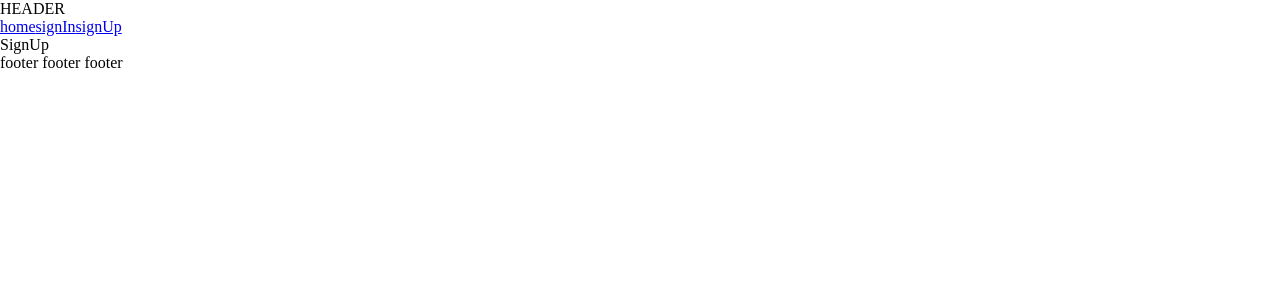
Repository: YuraKrvz/aurora-react-redux-toolkit-firebase
Page: /signUp
These files come from the project's save history. The page is drawn as it stood at one moment and after the next save; the edit follows.
The browser window is 1280 px wide. The pictures show the whole page.
The project was rebuilt for these pictures with package versions that can differ from the ones it lists, and the page was loaded fresh each time. Also part of the build but not shown: src/pages/HomeGuest.jsx, src/pages/HomeUser.jsx, src/pages/SignIn.jsx.

Above is the page before, as saved 2021-11-24 18:07:46.

### src/App.js
import React from 'react';
import { BrowserRouter, Routes, Route } from 'react-router-dom';
import Header from './components/Header/Header';
import Footer from './components/Footer/Footer';
import HomeGuest from '././pages/HomeGuest';
import HomeUser from '././pages/HomeUser';
import SignIn from './pages/SignIn';
import SignUp from './pages/SignUp';

function App() {
  const isAuth = false
  return (
    <>
    <BrowserRouter>
    <Header />
      <Routes>
        {
          isAuth ? (
            <>
                <Route path='/' element={<HomeUser />} />
                <Route path='/signIn' element={<SignIn />} />
                <Route path='/signUp' element={<SignUp />} />
            </>
          ) : (
            <>
              <Route path='/' element={<HomeGuest />} />
              <Route path='/signIn' element={<SignIn />} />
              <Route path='/signUp' element={<SignUp />} />
            </>
          )
        }
      </Routes>
      <Footer />
    </BrowserRouter>
    </>
  );
}

export default App;

### src/components/Header/Header.jsx
import React from 'react';
import { NavLink } from 'react-router-dom';

const Header = () => {
   return (
      <>
         <header>
         HEADER
            <ul>
               <li>
                  <NavLink  to='/' >home</NavLink>
                  <NavLink  to='/signIn' >signIn</NavLink>
                  <NavLink  to='/signUp' >signUp</NavLink>
               </li>
            </ul>
         </header>

      </>
   )
}

export default Header

### src/components/Footer/Footer.jsx
const Footer = () => {
   return (
      <div>
         <footer>footer footer footer</footer>
      </div>
   )
}

export default Footer

### src/pages/SignUp.jsx
const SignUp = () => {
   return (
      <div>
         SignUp
      </div>
   )
}

export default SignUp

### src/firebase.js
import { initializeApp } from "firebase/app";
import {getAuth} from 'firebase/auth';
import {createUserWithEmailAndPassword, signInWithEmailAndPassword, onAuthStateChanged, signOut } from 'firebase/auth';

const firebaseConfig = {
  apiKey: "AIzaSyAJ6qT99OYBnPb7zIgya7CgscriuIuIaFI",
  authDomain: "i-chat-d211b.firebaseapp.com",
  projectId: "i-chat-d211b",
  storageBucket: "i-chat-d211b.appspot.com",
  messagingSenderId: "328335258977",
  appId: "1:328335258977:web:2e0cbf4dca200865580120"
};
const app = initializeApp(firebaseConfig)

export const auth = getAuth();
export const signUp = (email, password)=> {
  return createUserWithEmailAndPassword(auth, email, password);
}
export const signIn = (email, password) => signInWithEmailAndPassword(auth, email, password);
export const logout = () => signOut(auth);

export default app;

Loaded but not shown: public/index.html (common file); src/index.js (common file); src/index.css (common file)

After the next save:
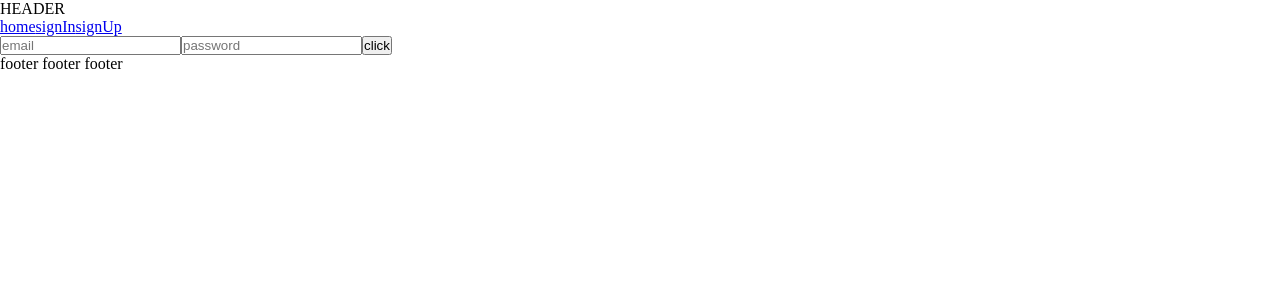
Saved 37 s later.
--- a/src/pages/SignUp.jsx
+++ b/src/pages/SignUp.jsx
@@ -1,9 +1,26 @@
+import React, {useRef} from 'react';
+import {signUp} from '../firebase';
+
 const SignUp = () => {
+   const emailRef = useRef();
+   const passwordRef = useRef();
+
+   async function handler(){
+      try{
+         await signUp(emailRef.current.value, passwordRef.current.value)
+      }
+      catch{
+         alert('error in sign up')
+      }
+   }
+
    return (
       <div>
-         SignUp
+         <input  ref={emailRef} placeholder='email' />
+         <input  ref={passwordRef} placeholder='password' />
+         <button onClick={handler}>click</button>
       </div>
    )
 }
 
-export default SignUp
+export default SignUp;
